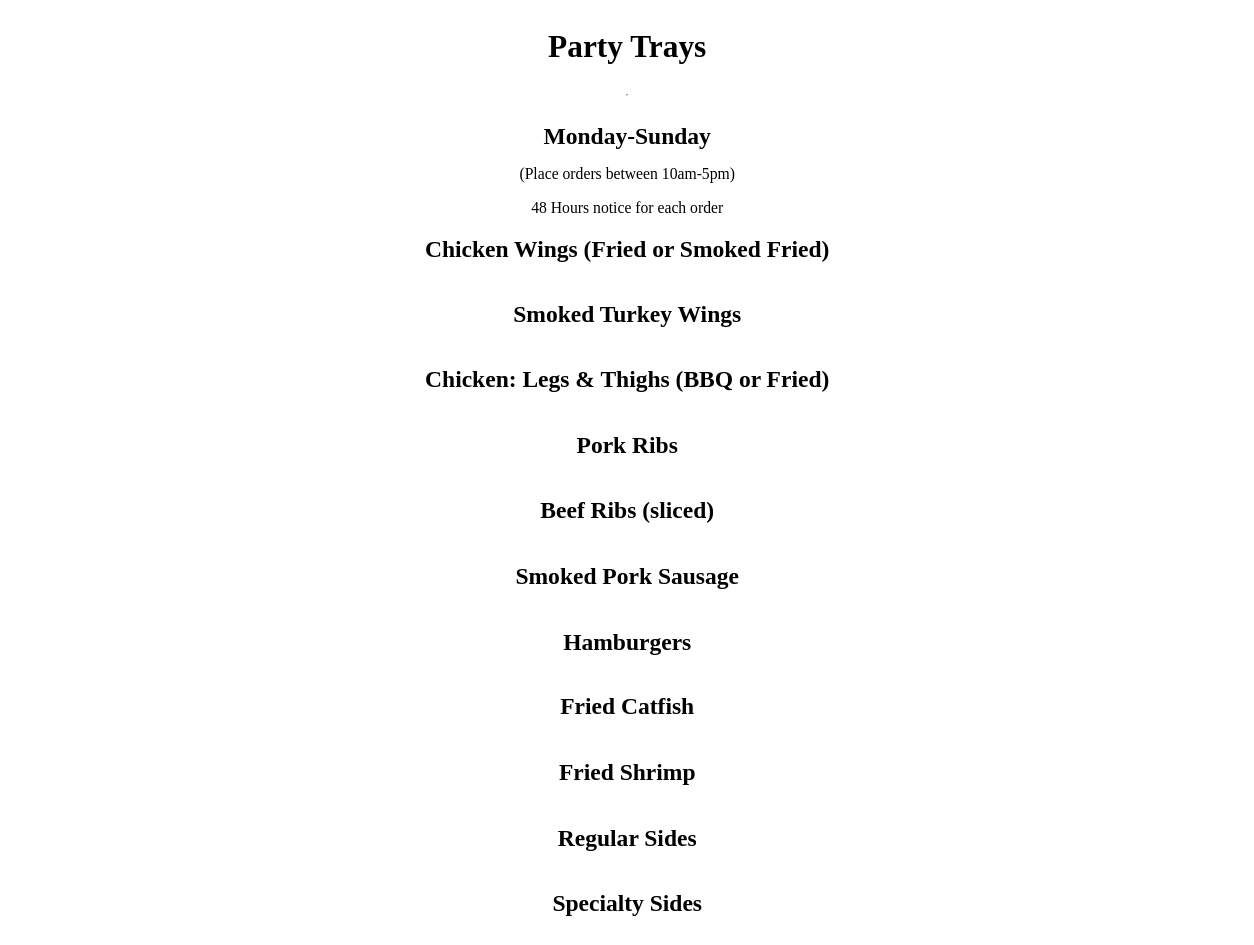
Repository: dukedward/smokehousemenu
Page: pages/trays.html
The author's editor kept a copy of each file at every save. The page is drawn from the files as they stood at one save, then again after the next save.
The browser window is 1280 px wide. The pictures show the whole page, at 98% of full size.

Above is the page before, as saved 2023-02-28 14:05:50.

### pages/trays.html
<!DOCTYPE html>
<html lang="en">
<head>
    <meta charset="UTF-8">
    <meta http-equiv="X-UA-Compatible" content="IE=edge">
    <meta name="viewport" content="width=device-width, initial-scale=1.0">
    <link rel="stylesheet" href="trays.css" />
    <title>Party Trays</title>
</head>
<body>
    <div class="title">
        <h1>Party Trays</h1>
        <hr>
        <h2>Monday-Sunday</h2>
        <p>(Place orders between 10am-5pm)</p>
        <p>48 Hours notice for each order</p>
    </div>
    <div class="sections">
        <div class="sect">
            <h2>Chicken Wings (Fried or Smoked Fried)</h2>
        </div>
        <div class="sect">
            <h2>Smoked Turkey Wings</h2>
        </div>
        <div class="sect">
            <h2>Chicken: Legs & Thighs (BBQ or Fried)</h2>
        </div>
        <div class="sect">
            <h2>Pork Ribs</h2>
        </div>
        <div class="sect">
            <h2>Beef Ribs (sliced)</h2>
        </div>
        <div class="sect">
            <h2>Smoked Pork Sausage</h2>
        </div>
        <div class="sect">
            <h2>Hamburgers</h2>
        </div>
        <div class="sect">
            <h2>Fried Catfish</h2>
        </div>
        <div class="sect">
            <h2>Fried Shrimp</h2>
        </div>
        <div class="sect">
            <h2>Regular Sides</h2>
        </div>
        <div class="sect">
            <h2>Specialty Sides</h2>
        </div>
    </div>
</body>
</html>

### pages/trays.css
/* * {
	margin: 0;
	padding: 0;
} */

.title {
	display: flex;
	flex-direction: column;
	justify-content: center;
	align-items: center;
}

.title h2,p {
    margin-bottom: 0;
}

.sections {
	display: grid;
	/* display: flex; */
	/* justify-content: center; */
	/* align-items: center; */
}

.sect, .sub-sect {
	display: flex;
	flex-direction: column;
	justify-content: center;
	align-items: center;
}

.desc {
    display: flex;
    flex-direction: row;
    justify-content: space-between;
}

.desc p {
    padding-right: 1rem;
}

dt {
    font-size: medium;
    font-weight: bold;
}

dd {
    margin-bottom: 1rem;
}

After the next save:
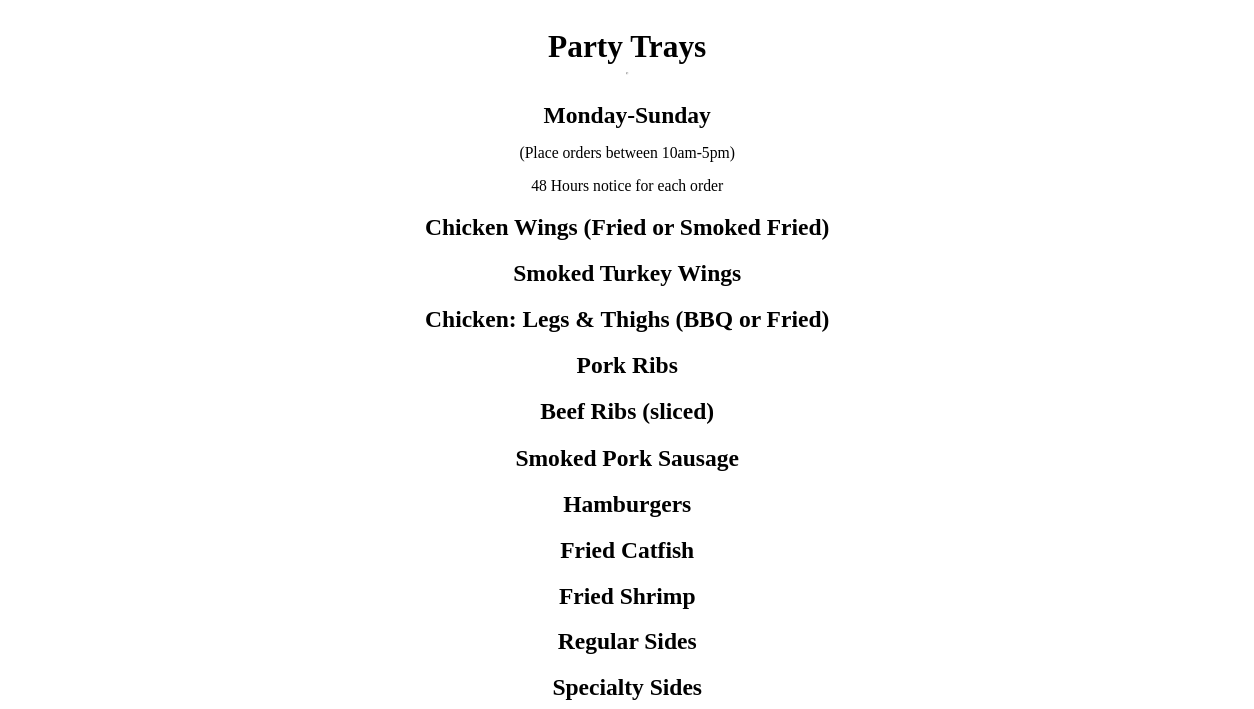
Saved 23 s later.
--- a/pages/trays.css
+++ b/pages/trays.css
@@ -10,7 +10,7 @@
 	align-items: center;
 }
 
-.title h2,p {
+.title h1,h2,p {
     margin-bottom: 0;
 }
 
@@ -26,6 +26,10 @@
 	flex-direction: column;
 	justify-content: center;
 	align-items: center;
+}
+
+.sect h2,h3 {
+    margin-bottom: 0;
 }
 
 .desc {
